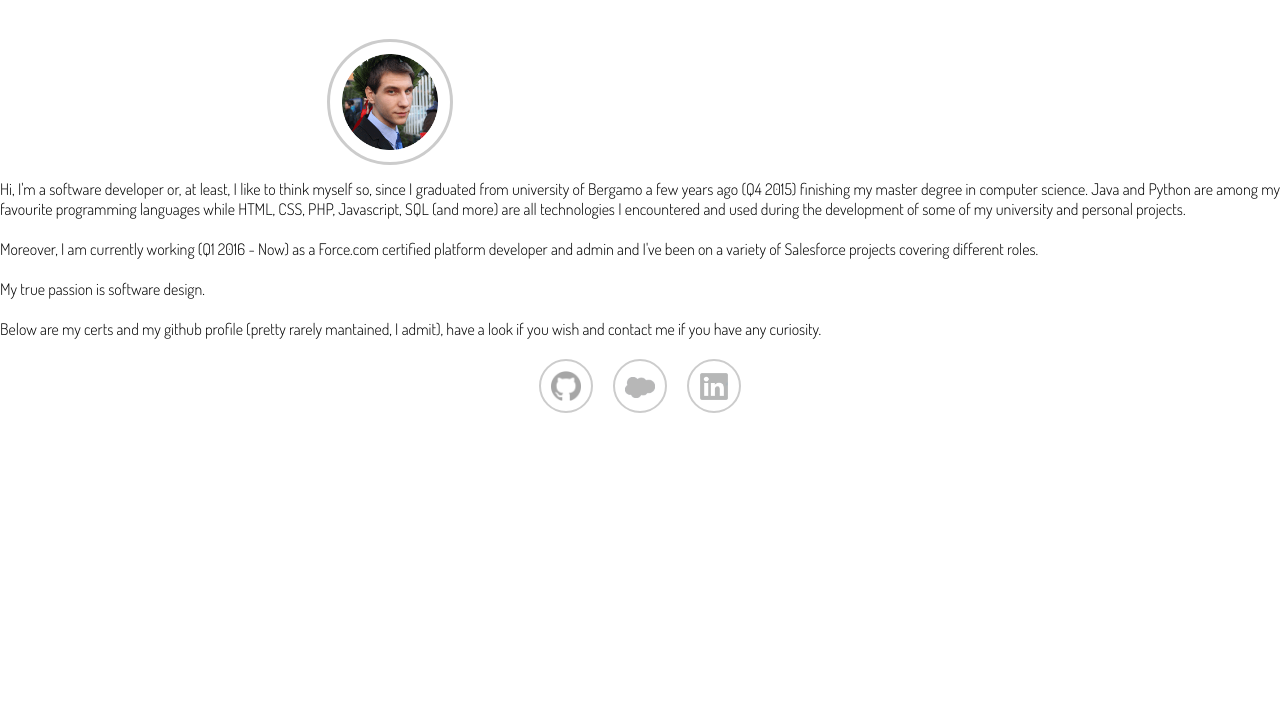
Repository: pcarrara21/pcarrara21.github.io
Page: index.html
These files come from the project's save history. The page is drawn as it stood at one moment and after the next save; the edit follows.
The browser window is 1280 px wide. The pictures show the whole page.
Some web libraries are served in a nearby version.

Above is the page before, as saved 2020-11-22 12:24:58.

After the next save:
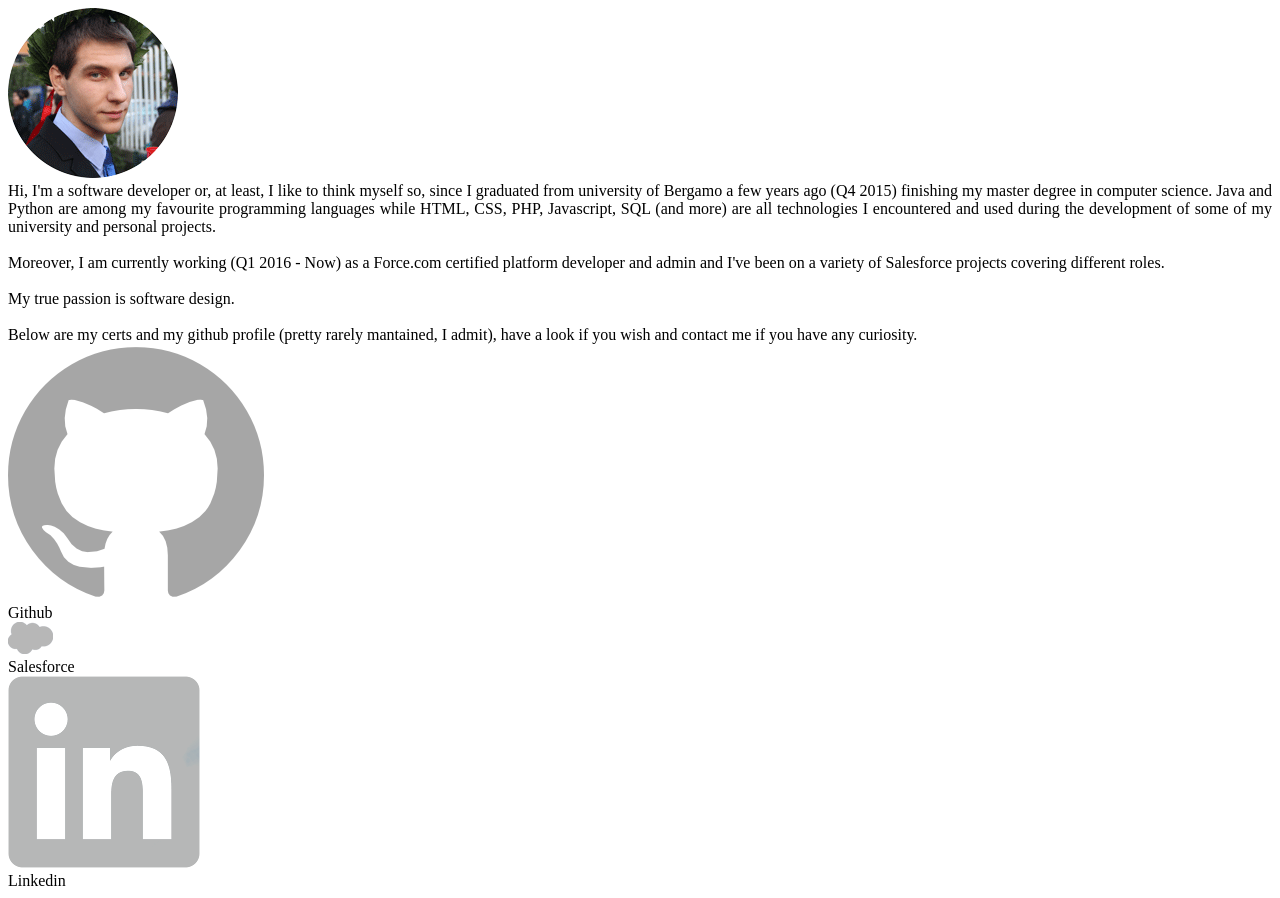
Saved 74 s later.
--- a/index.html
+++ b/index.html
@@ -1,79 +1,54 @@
 <!doctype html>
-<html class="no-js" lang="">
-<head>
-	<meta charset="utf-8">
-	<meta http-equiv="x-ua-compatible" content="ie=edge">
-	<title></title>
-	<meta name="description" content="">
-	<meta name="viewport" content="width=device-width, initial-scale=1">
-	<link rel="stylesheet" href="css/normalize.css">
-	<link rel="stylesheet" media="screen and (max-device-width: 500px)" href="css/main_narrow.css" />
-	<link rel="stylesheet" media="screen and (min-device-width: 501px)" href="css/main.css" />
-	<script src="js/vendor/modernizr-2.8.3.min.js"></script>
-</head>
-<body>
-	<!--[if lt IE 8]>
-		<p class="browserupgrade">You are using an <strong>outdated</strong> browser. Please <a href="http://browsehappy.com/">upgrade your browser</a> to improve your experience.</p>
-	<![endif]-->
-	<link href='https://fonts.googleapis.com/css?family=Ubuntu:500' rel='stylesheet' type='text/css'>
-	<link href='https://fonts.googleapis.com/css?family=Dosis:300' rel='stylesheet' type='text/css'>
+<html>
+	<head>
+		<meta charset="utf-8">
+		<meta http-equiv="x-ua-compatible" content="ie=edge">
+		<meta name="description" content="">
+		<meta name="viewport" content="width=device-width, initial-scale=1">
+	</head>
+	<body>
+		<link href='https://fonts.googleapis.com/css?family=Ubuntu:500' rel='stylesheet' type='text/css'>
+		<link href='https://fonts.googleapis.com/css?family=Dosis:300' rel='stylesheet' type='text/css'>
 
-	<div class="central">
-		<div class="header">
-			<div class="gif">
-				<img src="assets/me.gif" alt="Me" class="img" id="gif"/>
+		<div class="central">
+			<div class="header">
+				<div class="portrait">
+					<img src="assets/portrait.png" alt="portrait" class="img" id="portrait_img"/>
+				</div>
 			</div>
+			<div class="centered container" id="main" align="justify">Hi, I'm a software developer or, at least, I like
+					to think myself so, since I graduated from university of Bergamo a few years ago (Q4 2015) finishing my master degree in
+					computer science. Java and Python are among my favourite programming languages while HTML, CSS, PHP, Javascript, SQL (and more)
+					are all technologies I encountered and used during the development of some of my university and personal projects.
+					<br/><br/>
+					Moreover, I am currently working (Q1 2016 - Now) as a Force.com certified platform developer and admin
+					and I've been on a variety of Salesforce projects covering different roles.
+					<br/><br/>
+					My true passion is software design.
+					<br/><br/>
+					Below are my certs and my github profile (pretty rarely mantained, I admit), have a look if you wish and contact me if you have any curiosity.</div>
+					<div class="centered container" id="footer">
+						<div  class="circle transition" id="circle1" onmouseover="onHover(this.id);" onmouseout="onOut(this.id);">
+							<a href="https://github.com/pcarrara21/" target="_blank">
+								<img src="assets/git.png" alt="github page" class="img" id="github_img"/>
+							</a>
+							<div id="github">Github</div>
+						</div>
+						<div class="circle transition" id="circle2" onmouseover="onHover(this.id);" onmouseout="onOut(this.id);">
+							<a href="http://certification.salesforce.com/verification?&fullname=Paolo%20Carrara" target="_blank">
+								<img src="assets/salesforce.png" alt="salesforce certifications" class="img" id="salesforce_img"/>
+							</a>
+							<div id="salesforce">Salesforce</div>
+						</div>
+						<div class="circle transition" id="circle3" onmouseover="onHover(this.id);" onmouseout="onOut(this.id);">
+							<a href="https://it.linkedin.com/in/paolo-carrara-8a6484112" target="_blank">
+							<img src="assets/linkedin.png" alt="linkedin profile" class="img" id="linkedin_img"/>
+							</a>
+							<div id="linkedin">Linkedin</div>
+						</div>
+					</div>
+		</div>
 
-			<div class="portrait">
-				<img src="assets/portrait.png" alt="portrait" class="img" id="portrait_img"/>
-			</div>
-		</div>
-		<div class="centered container" id="main" align="justify">Hi, I'm a software developer or, at least, I like
-				to think myself so, since I graduated from university of Bergamo a few years ago (Q4 2015) finishing my master degree in
-				computer science. Java and Python are among my favourite programming languages while HTML, CSS, PHP, Javascript, SQL (and more)
-				are all technologies I encountered and used during the development of some of my university and personal projects.
-				<br/><br/>
-				Moreover, I am currently working (Q1 2016 - Now) as a Force.com certified platform developer and admin
-				and I've been on a variety of Salesforce projects covering different roles.
-				<br/><br/>
-				My true passion is software design.
-				<br/><br/>
-				Below are my certs and my github profile (pretty rarely mantained, I admit), have a look if you wish and contact me if you have any curiosity.</div>
-				<div class="centered container" id="footer">
-					<div  class="circle transition" id="circle1" onmouseover="onHover(this.id);" onmouseout="onOut(this.id);">
-						<a href="https://github.com/pcarrara21/" target="_blank">
-							<img src="assets/git.png" alt="github page" class="img" id="github_img"/>
-						</a>
-						<div id="github">Github</div>
-					</div>
-					<div class="circle transition" id="circle2" onmouseover="onHover(this.id);" onmouseout="onOut(this.id);">
-						<a href="http://certification.salesforce.com/verification?&fullname=Paolo%20Carrara" target="_blank">
-							<img src="assets/salesforce.png" alt="salesforce certifications" class="img" id="salesforce_img"/>
-						</a>
-						<div id="salesforce">Salesforce</div>
-					</div>
-					<div class="circle transition" id="circle3" onmouseover="onHover(this.id);" onmouseout="onOut(this.id);">
-						<a href="https://it.linkedin.com/in/paolo-carrara-8a6484112" target="_blank">
-						<img src="assets/linkedin.png" alt="linkedin profile" class="img" id="linkedin_img"/>
-						</a>
-						<div id="linkedin">Linkedin</div>
-					</div>
-				</div>
-	</div>
-
-	<script src="https://ajax.googleapis.com/ajax/libs/jquery/1.11.3/jquery.min.js"></script>
-	<script>window.jQuery || document.write('<script src="js/vendor/jquery-1.11.3.min.js"><\/script>')</script>
-	<script src="js/plugins.js"></script>
-	<script src="js/main.js"></script>
-
-	<!-- Google Analytics: change UA-XXXXX-X to be your site's ID. -->
-	<script>
-		(function(b,o,i,l,e,r){b.GoogleAnalyticsObject=l;b[l]||(b[l]=
-		function(){(b[l].q=b[l].q||[]).push(arguments)});b[l].l=+new Date;
-		e=o.createElement(i);r=o.getElementsByTagName(i)[0];
-		e.src='https://www.google-analytics.com/analytics.js';
-		r.parentNode.insertBefore(e,r)}(window,document,'script','ga'));
-		ga('create','UA-XXXXX-X','auto');ga('send','pageview');
-	</script>
-</body>
+		<script src="js/main.js"></script>
+	</body>
 </html>
